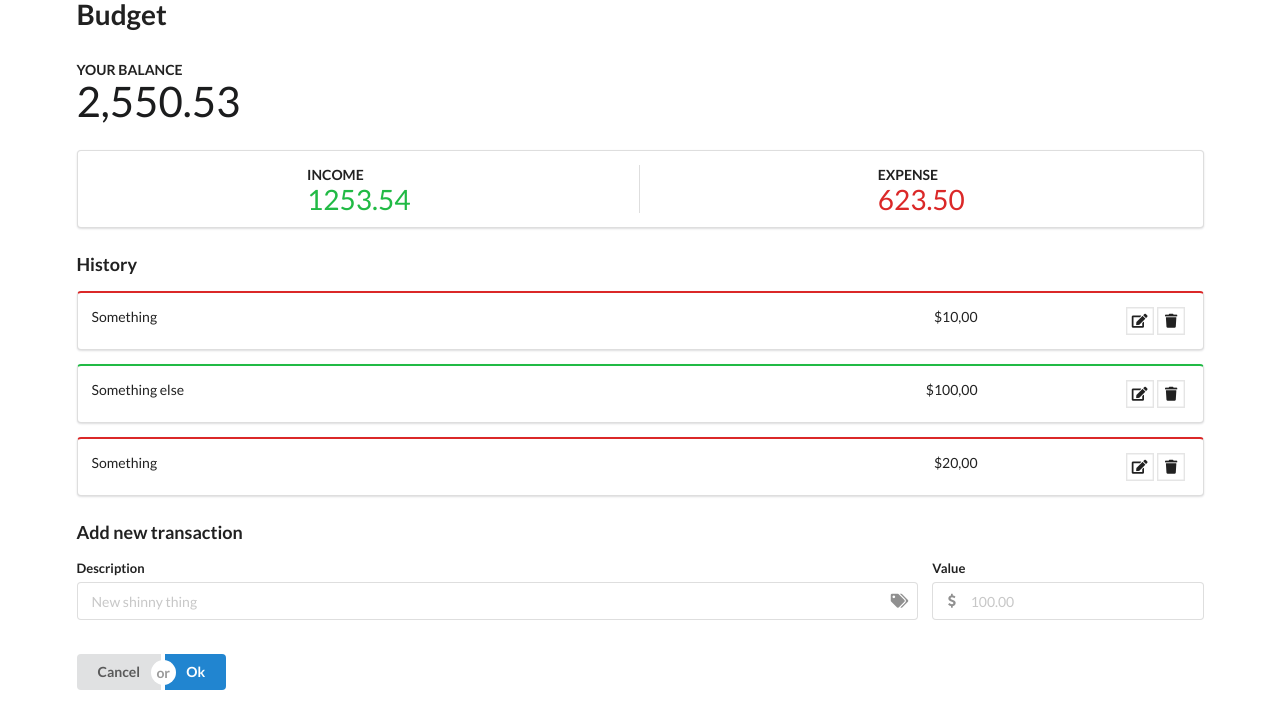
Repository: khuetn/budget-react
Page: /
An editor plug-in stored every save of this project. The page is shown before and after the next save, followed by the edit.
The browser window is 1280 px wide. The pictures show the whole page.
The project was rebuilt for these pictures with package versions that can differ from the ones it lists, and the page was loaded fresh each time. Also part of the build but not shown: src/App.css.

Above is the page before, as saved 2021-07-17 10:47:24.

### src/App.js
import {
  Container,
  Grid,
  Header,
  Segment,
  Statistic,
  Icon,
  Form,
  Button,
} from "semantic-ui-react";
import "./App.css";
import ButtonSaveorCancel from "./components/ButtonSaveorCancel";
import DisplayBalance from "./components/DisplayBalance";
import DisplayBalances from "./components/DisplayBalances";
import MainHeader from "./components/MainHeader";
import NewEntryForm from "./components/NewEntryForm";

function App() {
  return (
    <Container>
      <MainHeader title="Budget" />

      <DisplayBalance title="Your Balance" value="2,550.53" size="small" />
      <DisplayBalances />

      <MainHeader title="History" type="h3" />

      <Segment color="red">
        <Grid columns={3} textAlign="right">
          <Grid.Row>
            <Grid.Column width={10} textAlign="left">
              Something
            </Grid.Column>
            <Grid.Column width={3} textAlign="right">
              $10,00
            </Grid.Column>
            <Grid.Column width={3}>
              <Icon name="edit" bordered />
              <Icon name="trash" bordered />
            </Grid.Column>
          </Grid.Row>
        </Grid>
      </Segment>

      <Segment color="green">
        <Grid columns={3} textAlign="right">
          <Grid.Row>
            <Grid.Column width={10} textAlign="left">
              Something else
            </Grid.Column>
            <Grid.Column width={3} textAlign="right">
              $100,00
            </Grid.Column>
            <Grid.Column width={3}>
              <Icon name="edit" bordered />
              <Icon name="trash" bordered />
            </Grid.Column>
          </Grid.Row>
        </Grid>
      </Segment>

      <Segment color="red">
        <Grid columns={3} textAlign="right">
          <Grid.Row>
            <Grid.Column width={10} textAlign="left">
              Something
            </Grid.Column>
            <Grid.Column width={3} textAlign="right">
              $20,00
            </Grid.Column>
            <Grid.Column width={3}>
              <Icon name="edit" bordered />
              <Icon name="trash" bordered />
            </Grid.Column>
          </Grid.Row>
        </Grid>
      </Segment>

      <MainHeader title="Add new transaction" type="h3" />
      <NewEntryForm />
    </Container>
  );
}

export default App;

### src/components/ButtonSaveorCancel.js
import React from "react";
import { Button } from "semantic-ui-react";
function ButtonSaveorCancel() {
  return (
    <Button.Group style={{ marginTop: 20 }}>
      <Button>Cancel</Button>
      <Button.Or />
      <Button primary>Ok</Button>
    </Button.Group>
  );
}

export default ButtonSaveorCancel;

### src/components/DisplayBalance.js
import React from "react";
import { Statistic } from "semantic-ui-react";

function DisplayBalance({ title, value, color = "black", size = "tiny" }) {
  return (
    <Statistic size={size} color={color}>
      <Statistic.Label style={{ textAlign: "left" }}>{title}</Statistic.Label>
      <Statistic.Value>{value}</Statistic.Value>
    </Statistic>
  );
}

export default DisplayBalance;

### src/components/DisplayBalances.js
import React from "react";
import { Grid, Segment } from "semantic-ui-react";
import DisplayBalance from "./DisplayBalance";

function DisplayBalances() {
  return (
    <Segment textAlign="center">
      <Grid columns={2} divided>
        <Grid.Row>
          <Grid.Column>
            <DisplayBalance title="income" value="1253.54" color="green" />
          </Grid.Column>
          <Grid.Column>
            <DisplayBalance title="expense" value="623.50" color="red" />
          </Grid.Column>
        </Grid.Row>
      </Grid>
    </Segment>
  );
}

export default DisplayBalances;

### src/components/MainHeader.js
import React from "react";
import { Header } from "semantic-ui-react";

function Mainheader({ title, type = "h1" }) {
  return <Header as={type}>{title}</Header>;
}

export default Mainheader;

### src/components/NewEntryForm.js
import React from "react";
import { Form } from "semantic-ui-react";
import ButtonSaveorCancel from "./ButtonSaveorCancel";
function NewEntryForm() {
  return (
    <Form unstackable>
      <Form.Group>
        <Form.Input
          icon="tags"
          width={12}
          label="Description"
          placeholder="New shinny thing"
        />
        <Form.Input
          icon="dollar"
          width={4}
          label="Value"
          placeholder="100.00"
          iconPosition="left"
        />
      </Form.Group>
      <ButtonSaveorCancel />
    </Form>
  );
}

export default NewEntryForm;

### src/components/EntryLine.js
import React from "react";
import { Grid, Icon, Segment } from "semantic-ui-react";

function EntryLine({ description, value, isExpense = false }) {
  return (
    <Segment color={isExpense ? "red" : "green"}>
      <Grid columns={3} textAlign="right">
        <Grid.Row>
          <Grid.Column width={10} textAlign="left">
            {description}
          </Grid.Column>
          <Grid.Column width={3} textAlign="right">
            {value}
          </Grid.Column>
          <Grid.Column width={3}>
            <Icon name="edit" bordered />
            <Icon name="trash" bordered />
          </Grid.Column>
        </Grid.Row>
      </Grid>
    </Segment>
  );
}

export default EntryLine;

Loaded but not shown: public/index.html (common file); src/index.js (common file); src/index.css (common file)

After the next save:
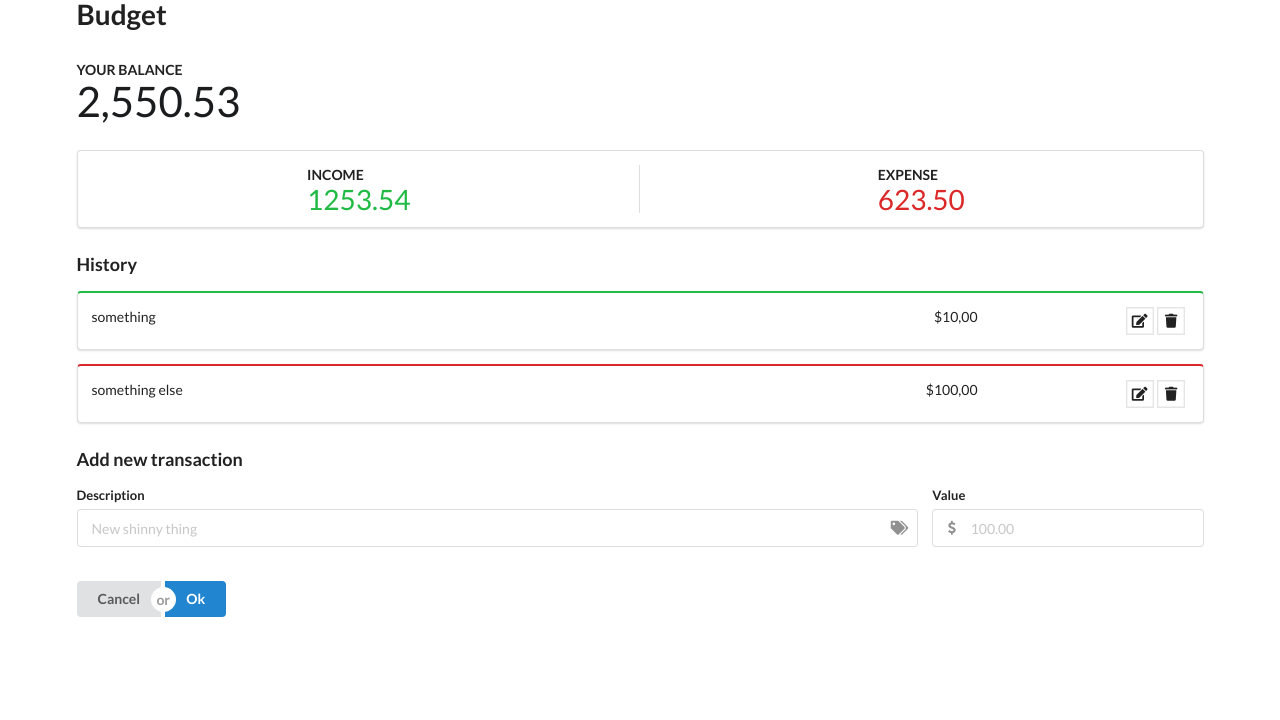
Saved 2 min 31 s later.
--- a/src/App.js
+++ b/src/App.js
@@ -12,6 +12,7 @@ import "./App.css";
 import ButtonSaveorCancel from "./components/ButtonSaveorCancel";
 import DisplayBalance from "./components/DisplayBalance";
 import DisplayBalances from "./components/DisplayBalances";
+import EntryLine from "./components/EntryLine";
 import MainHeader from "./components/MainHeader";
 import NewEntryForm from "./components/NewEntryForm";
 
@@ -25,56 +26,8 @@ function App() {
 
       <MainHeader title="History" type="h3" />
 
-      <Segment color="red">
-        <Grid columns={3} textAlign="right">
-          <Grid.Row>
-            <Grid.Column width={10} textAlign="left">
-              Something
-            </Grid.Column>
-            <Grid.Column width={3} textAlign="right">
-              $10,00
-            </Grid.Column>
-            <Grid.Column width={3}>
-              <Icon name="edit" bordered />
-              <Icon name="trash" bordered />
-            </Grid.Column>
-          </Grid.Row>
-        </Grid>
-      </Segment>
-
-      <Segment color="green">
-        <Grid columns={3} textAlign="right">
-          <Grid.Row>
-            <Grid.Column width={10} textAlign="left">
-              Something else
-            </Grid.Column>
-            <Grid.Column width={3} textAlign="right">
-              $100,00
-            </Grid.Column>
-            <Grid.Column width={3}>
-              <Icon name="edit" bordered />
-              <Icon name="trash" bordered />
-            </Grid.Column>
-          </Grid.Row>
-        </Grid>
-      </Segment>
-
-      <Segment color="red">
-        <Grid columns={3} textAlign="right">
-          <Grid.Row>
-            <Grid.Column width={10} textAlign="left">
-              Something
-            </Grid.Column>
-            <Grid.Column width={3} textAlign="right">
-              $20,00
-            </Grid.Column>
-            <Grid.Column width={3}>
-              <Icon name="edit" bordered />
-              <Icon name="trash" bordered />
-            </Grid.Column>
-          </Grid.Row>
-        </Grid>
-      </Segment>
+      <EntryLine description="something" value="$10,00" />
+      <EntryLine description="something else" value="$100,00" isExpense />
 
       <MainHeader title="Add new transaction" type="h3" />
       <NewEntryForm />
